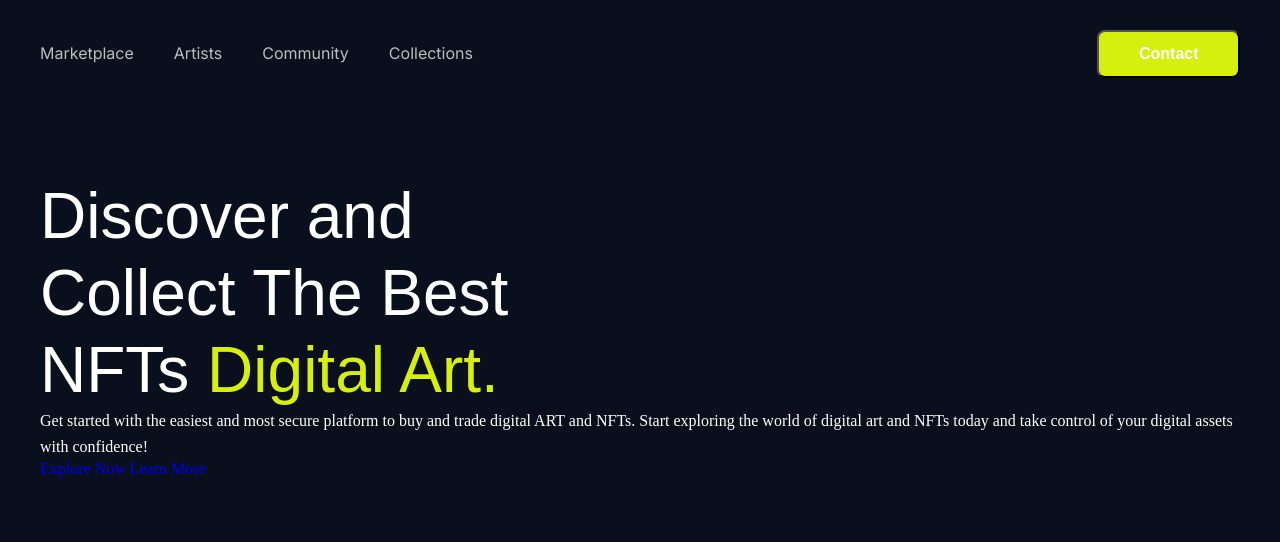
Repository: Kamron5505/NftMarketplace
Page: index.html
An editor plug-in stored every save of this project. The page is shown before and after a run of saves, followed by the edit.
The browser window is 1280 px wide. The pictures show the whole page.
Some web fonts or font styles are not loaded; a fallback is used.

Above is the page before, as saved 2025-07-08 00:09:09.

### index.html
<!DOCTYPE html>
<html lang="en">

<head>
    <meta charset="UTF-8">
    <meta name="viewport" content="width=device-width, initial-scale=1.0">
    <title>NFTMarketplace Landing</title>
    <link rel="stylesheet" href="./style.css">
    <link
        href="https://fonts.googleapis.com/css2?family=Inter:wght@400;600;700&family=Source+Sans+Pro:wght@400;600;700&display=swap"
        rel="stylesheet">
</head>

<body>
    <header class="header">
        <div class="container">
            <nav class="nav">
                <ul class="nav-list">
                    <li class="nav-item"><a href="#" class="nav-link">Marketplace</a></li>
                    <li class="nav-item"><a href="#" class="nav-link">Artists</a></li>
                    <li class="nav-item"><a href="#" class="nav-link">Community</a></li>
                    <li class="nav-item"><a href="#" class="nav-link">Collections</a></li>
                </ul>
                <button class="header-contact-btn">Contact</button>
            </nav>
        </div>
    </header>
    <main class="main">
        <section class="nft-section">
            <div class="container">
                <div class="nft-wrapper">
                    <div class="content-left">
                        <h1 class="title">
                            Discover and <br>
                            Collect The Best <br>
                            NFTs <span class="highlight"> Digital Art.</span>
                        </h1>

                        <p class="description">
                            Get started with the easiest and most secure platform to buy and trade digital ART and NFTs.
                            Start exploring the world of digital art and NFTs today and take control of your digital
                            assets with confidence!
                        </p>

                        <div class="buttons">
                            <a href="#" class="btn btn-primary">Explore Now</a>
                            <a href="#" class="btn btn-secondary">Learn More</a>
                        </div>

                        <!-- <div class="stats">
                            <div class="stat">
                                <div class="number">8.9K</div>
                                <div class="label">Art work</div>
                            </div>
                            <div class="stat">
                                <div class="number">65K</div>
                                <div class="label">Artist</div>
                            </div>
                            <div class="stat">
                                <div class="number">87K</div>
                                <div class="label">Collection</div>
                            </div>
                        </div>
                    </div> -->
                    <!-- <div class="content-right">
                        <div class="card">
                            <img src="nft-image.jpg" alt="NFT Image" class="card-image">
                            <div class="card-info">
                                <div class="card-timer">
                                    <span>Ends in</span>
                                    <span class="time">05:45:47</span>
                                </div>
                                <div class="card-bid">
                                    <span>Current bid</span>
                                    <span class="eth">0.24 ETH</span>
                                </div>
                                <a href="#" class="btn btn-bid">Place A Bid</a>
                            </div>
                        </div>
                    </div> -->
                </div>
            </div>
        </section>
    </main>
</body>

</html>

### style.css
@font-face {
    font-family: 'Canela';
    src: url('../fonts/Canela-Bold.woff2') format('woff2');
    font-weight: bold;
    font-style: normal;
}

* {
    margin: 0;
    padding: 0;
    text-decoration: none;
    list-style: none;
    box-sizing: border-box;
}

body {
    background: #090f1d;
    color: #fffffd;
}

:root {
    --font-family: "Inter", sans-serif;
    ---family: "Source Sans Pro", sans-serif;
    --font-family: "Canela", sans-serif;
}

h1,
h2,
h3,
h4,
h5,
h6 {
    font-family: "Canela", sans-serif;
    font-weight: bold;
    font-weight: 500;
    font-size: 64px;
    line-height: 120%;
    color: #fffffd;
}

:root {
    --font-family: "Inter", sans-serif;
    --second-family: "Source Sans Pro", sans-serif;
    --third-family: "Canela", sans-serif;
}

.highlight {
    color: #d6ef0e;
}

.header {
    margin-top: 30px;
    font-family: "Inter", sans-serif;
}

.container {
    width: 1200px;
    margin: 0 auto;
}

.nav {
    display: flex;
    align-items: center;
    justify-content: space-between;
}

.nav-list {
    display: flex;
    gap: 40px;
}


.nav-link {
    font-weight: 400;
    font-size: 16px;
    line-height: 160%;
    color: rgba(255, 255, 253, 0.72);
}

.nav-link:hover {
    border-bottom: 1px solid #d6ef0e;
    width: 94px;
    height: 26px;
    transition: all 0.3s ease;
}

.header-contact-btn {
    background: #d6ef0e;
    border-radius: 8px;
    padding: 12px 40px;
    width: 143px;
    height: 48px;
    font-weight: 700;
    font-size: 16px;
    line-height: 120%;
    color: #fff;
}



.nft-section {
    margin-top: 100px;
}


.nft-wrapper {}

.content-left {}

.title {}

.highlight {}

.description {
    font-weight: 400;
    font-size: 16px;
    line-height: 160%;
    color: #fffffd;
}

.buttons {}

.btn {}

.btn-primary {}

.btn-secondary {}

After the next 3 saves:
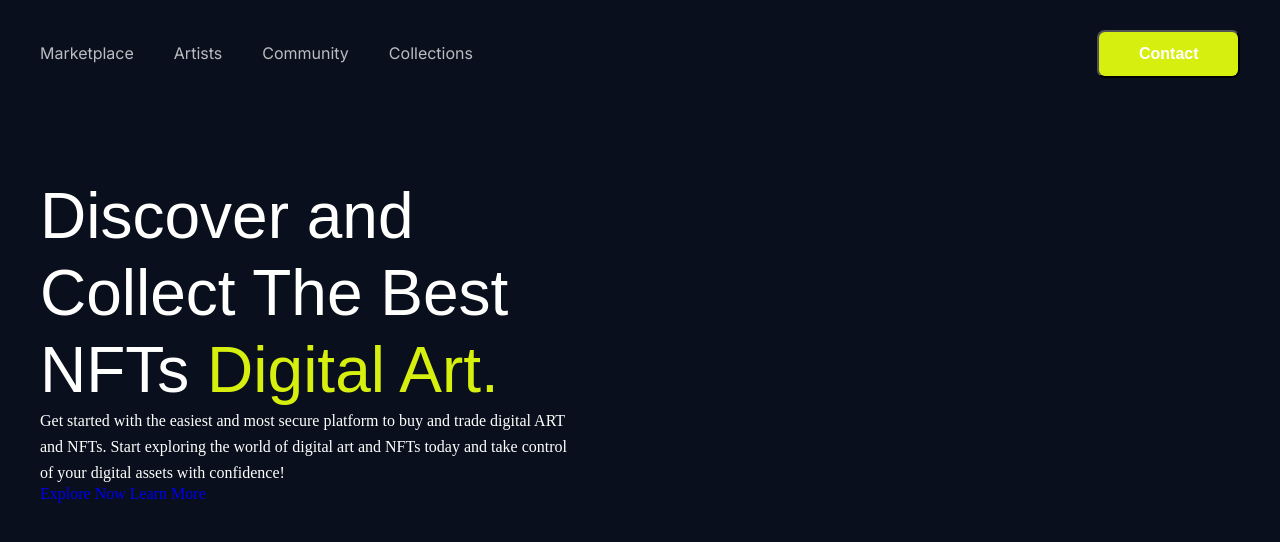
The 3 saves are shown as one change because they came seconds apart.
The last was saved 13 s later.
--- a/style.css
+++ b/style.css
@@ -114,6 +114,7 @@ h6 {
 .description {
     font-weight: 400;
     font-size: 16px;
+    width: 544px;
     line-height: 160%;
     color: #fffffd;
 }
